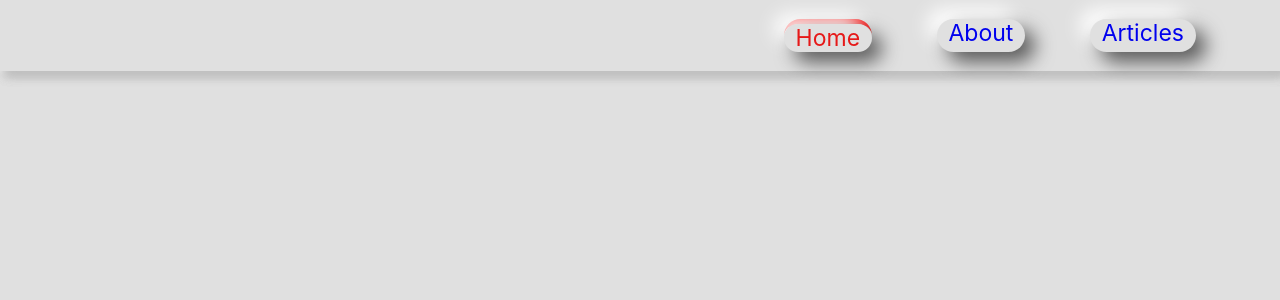
Repository: ShindanoSingi/react-software-architecture-course
Page: /
The author's editor kept a copy of each file at every save. The page is drawn from the files as they stood at one save, then again after the next save.
The browser window is 1280 px wide. The pictures show the whole page.
The project was rebuilt for these pictures with package versions that can differ from the ones it lists, and the page was loaded fresh each time. Also part of the build but not shown: src/pages/About.js, src/pages/Articles.js.

Above is the page before, as saved 2022-12-25 20:54:47.

### src/index.css
body {
  margin: 0;
  font-family: -apple-system, BlinkMacSystemFont, 'Segoe UI', 'Roboto', 'Oxygen',
    'Ubuntu', 'Cantarell', 'Fira Sans', 'Droid Sans', 'Helvetica Neue',
    sans-serif;
  -webkit-font-smoothing: antialiased;
  -moz-osx-font-smoothing: grayscale;

  background: #e0e0e0;
  box-shadow: 5px 5px 10px #bebebe,
      -5px -5px 10px #ffffff;
}

code {
  font-family: source-code-pro, Menlo, Monaco, Consolas, 'Courier New',
    monospace;
}

### src/App.js
import './App.css';
import { Routes, Route, NavLink } from 'react-router-dom';
import Home from './pages/Home';
import About from './pages/About';
import Articles from './pages/Articles';


function App() {

  return (
    <>
      <nav className='nav-bar'>
      <ul className='list-container'>
        <NavLink to='/' className={({isActive}) => isActive ? "is-active" : null}>
          <li className='home'>Home</li>
        </NavLink>

        <NavLink to='/about' className={({isActive}) => isActive ? "is-active" : null}>
          <li className='about'>About</li>
        </NavLink>

        <NavLink to='/articles' className={({isActive}) => isActive ? "is-active" : null}>
          <li className='articles'>Articles</li>
        </NavLink>
      </ul>
    </nav>
      <Routes>
        <Route path='/' element={<Home />}/>
        <Route path='about' element={<About />}/>
        <Route path='articles' element={<Articles />}/>
      </Routes>
    </>
  );
}

export default App;

### src/App.css
h1 {
    text-align: center;
    margin: 0rem;
    padding: 0.5em;
}

.is-active {
    color: rgb(230, 25, 25);
    border-top: 5px solid red;
    border-radius: 205px;
}

.home,
.about,
.articles {
    border-radius: 205px;
    background: #e0e0e0;
    box-shadow: 10px 10px 19px #5a5a5a,
        -10px -10px 19px #ffffff;
    padding: 0 0.5em;
}

.list-container,
a {
    font-size: 1.2em;
    list-style: none;
    text-decoration: none;
    display: flex;
    justify-content: flex-end;
    gap: 1em;
    margin-right: 2em;
}

.nav-bar {
    position: fixed;
    width: 100%;
    top: 0;
    background: #e0e0e0;
    box-shadow: 5px 5px 10px #bebebe,
        -5px -5px 10px #ffffff;
}

.container {
    max-width: 80em;
    background-color: beige;
    margin: 0 auto;
    height: 100vh;
    padding-top: 5em;
}

Loaded but not shown: public/index.html (common file); src/index.js (common file); src/reportWebVitals.js (common file); src/pages/Home.js (common file)

After the next save:
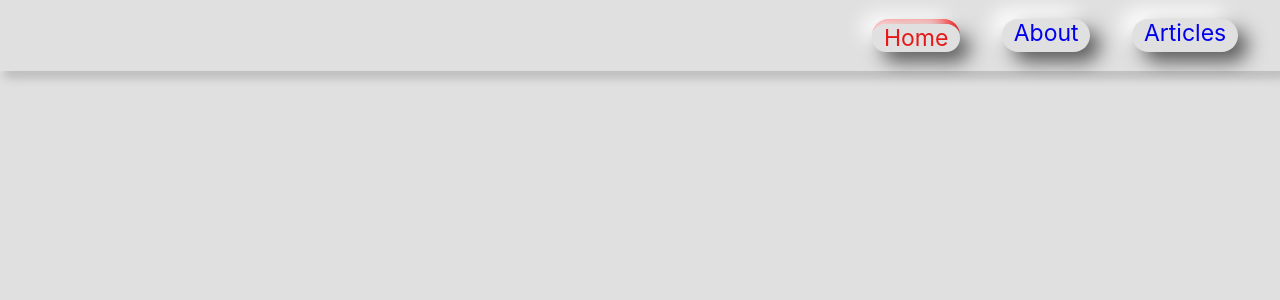
Saved 8 s later.
--- a/src/App.css
+++ b/src/App.css
@@ -28,7 +28,7 @@ a {
     display: flex;
     justify-content: flex-end;
     gap: 1em;
-    margin-right: 2em;
+    margin-right: 1em;
 }
 
 .nav-bar {
